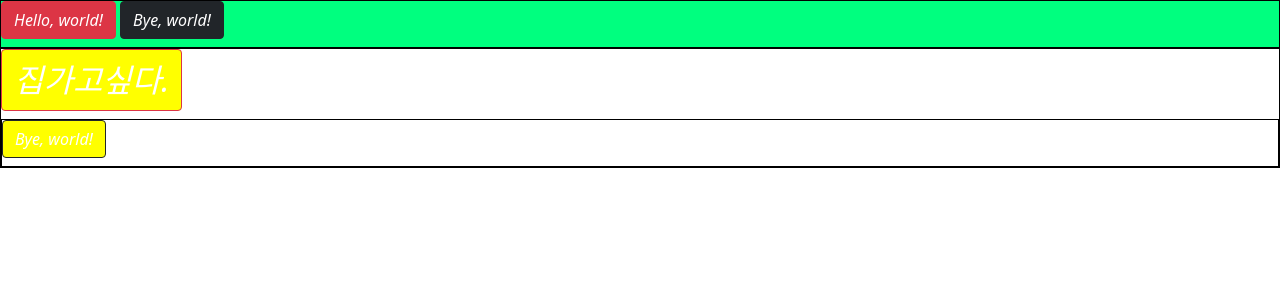
Repository: mobey3/JspProject
Page: http://localhost/JS_JSP/
An editor plug-in stored every save of this project. The page is shown before and after the next save, followed by the edit.
The browser window is 1280 px wide. The pictures show the whole page.
The page is served by Tomcat 9. Other server files are loaded and not shown.

Above is the page before, as saved 2021-07-20 01:46:59.

### 0720/JS_JSP/src/main/webapp/index.jsp
<%@ page language="java" contentType="text/html; charset=EUC-KR"
    pageEncoding="EUC-KR"%>
<!doctype html>
<html lang="en">
  <head>
    <!-- Required meta tags -->
    <meta charset="utf-8">
    <meta name="viewport" content="width=device-width, initial-scale=1">

    <!-- Bootstrap CSS -->
    <link href="https://cdn.jsdelivr.net/npm/bootstrap@5.0.2/dist/css/bootstrap.min.css" rel="stylesheet" integrity="sha384-EVSTQN3/azprG1Anm3QDgpJLIm9Nao0Yz1ztcQTwFspd3yD65VohhpuuCOmLASjC" crossorigin="anonymous">

    <title>Hello, world!</title>
    <style>
    	#Hello {
    	color : red
    	}
    	#Bye {
    	color : yellow
    	}
    	.btn{
    	font-style : italic
    	}
    	div.ldj{
    	background : springgreen
    	}
    	div{
    	border : 1px solid black
    	}
    	.lng>h1{
    	font-size: xx-large
    	}
    	.lng h1
    	{
    	background : yellow
    	}


    </style>
  </head>
  <body>
  <div class ="ldj">
    <h1 class="btn btn-danger">Hello, world!</h1>
    <h1 class="btn btn-dark">Bye, world!</h1>
    </div>
  <div class="lng">
    <h1 class="btn btn-danger">집가고싶다.</h1>
    <div>
    <h1 class="btn btn-dark">Bye, world!</h1>
    </div>
    </div>

    <!-- Optional JavaScript; choose one of the two! -->

    <!-- Option 1: Bootstrap Bundle with Popper -->
    <script src="https://cdn.jsdelivr.net/npm/bootstrap@5.0.2/dist/js/bootstrap.bundle.min.js" integrity="sha384-MrcW6ZMFYlzcLA8Nl+NtUVF0sA7MsXsP1UyJoMp4YLEuNSfAP+JcXn/tWtIaxVXM" crossorigin="anonymous"></script>

    <!-- Option 2: Separate Popper and Bootstrap JS -->
    <!--
    <script src="https://cdn.jsdelivr.net/npm/@popperjs/core@2.9.2/dist/umd/popper.min.js" integrity="sha384-IQsoLXl5PILFhosVNubq5LC7Qb9DXgDA9i+tQ8Zj3iwWAwPtgFTxbJ8NT4GN1R8p" crossorigin="anonymous"></script>
    <script src="https://cdn.jsdelivr.net/npm/bootstrap@5.0.2/dist/js/bootstrap.min.js" integrity="sha384-cVKIPhGWiC2Al4u+LWgxfKTRIcfu0JTxR+EQDz/bgldoEyl4H0zUF0QKbrJ0EcQF" crossorigin="anonymous"></script>
    -->

  </body>
</html>

After the next save:
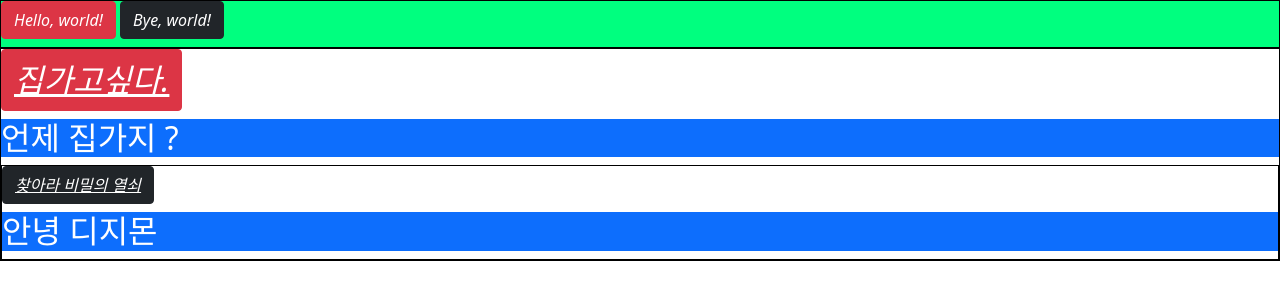
Saved 2 min 32 s later.
--- a/0720/JS_JSP/src/main/webapp/index.jsp
+++ b/0720/JS_JSP/src/main/webapp/index.jsp
@@ -32,7 +32,7 @@
     	}
     	.lng h1
     	{
-    	background : yellow
+    	text-decoration : underline
     	}
 
 
@@ -45,8 +45,10 @@
     </div>
   <div class="lng">
     <h1 class="btn btn-danger">집가고싶다.</h1>
+    <h2 class="btn-primary">언제 집가지 ? </h2>
     <div>
-    <h1 class="btn btn-dark">Bye, world!</h1>
+    <h1 class="btn btn-dark">찾아라 비밀의 열쇠</h1>
+    <h2 class="btn-primary">안녕 디지몬</h2>
     </div>
     </div>
 
